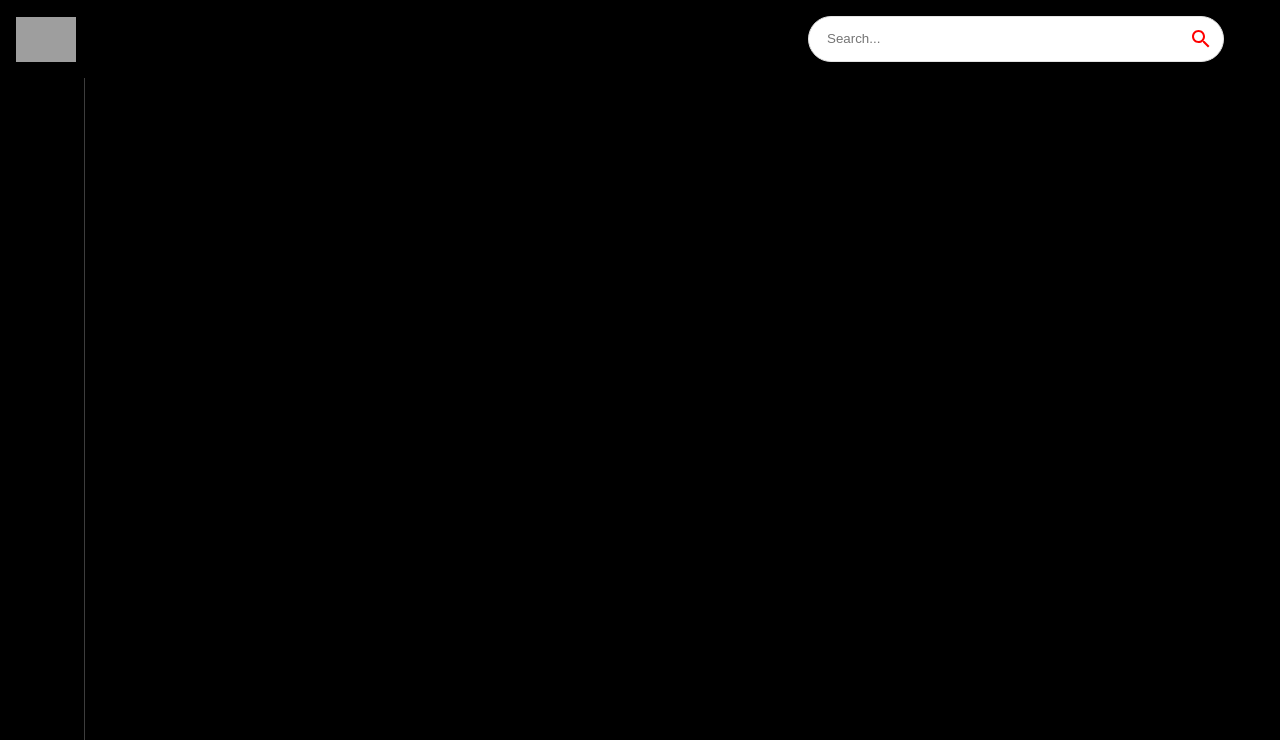
Repository: hieuhieu10/youtube_clone
Page: /
The author's editor kept a copy of each file at every save. The page is drawn from the files as they stood at one save, then again after the next save.
The browser window is 1280 px wide. The pictures show the whole page.
Pictures or frames that could not be fetched are drawn as grey boxes. The project was rebuilt for these pictures with package versions that can differ from the ones it lists, and the page was loaded fresh each time. Also part of the build but not shown: src/utils/constants.js, src/components/ChannelDetail.jsx, src/components/VideoDetail.jsx, src/components/SearchFeed.jsx.

Above is the page before, as saved 2023-04-12 23:32:08.

### public/index.html
<!DOCTYPE html>
<html lang="en">

<head>
  <meta charset="utf-8" />
  <link rel="icon" href="%PUBLIC_URL%/favicon.ico" />
  <meta name="viewport" content="width=device-width, initial-scale=1" />
  <meta name="theme-color" content="#000000" />
  <meta name="description" content="Web site created using create-react-app" />
  <link rel="apple-touch-icon" href="%PUBLIC_URL%/logo192.png" />

  <link rel="manifest" href="%PUBLIC_URL%/manifest.json" />
  <link rel="stylesheet" href="https://fonts.googleapis.com/icon?family=Material+Icons" />
  <link rel="stylesheet" href="https://fonts.googleapis.com/css?family=Roboto:300,400,500,700&display=swap" />
  <title>youtube Clone</title>
</head>

<body>
  <noscript>You need to enable JavaScript to run this app.</noscript>
  <div id="root"></div>

</body>

</html>

### src/index.js
import React from "react";
import  ReactDOM  from "react-dom/client";

import App from "./App";
import './index.css';

const root = ReactDOM.createRoot(document.getElementById('root'))
root.render(<App/>)

### src/App.js
import React from 'react'
import { BrowserRouter, Routes, Route } from 'react-router-dom'
import { Box } from '@mui/material'

import { Navbar, ChannelDetail, Feed, SearchFeed, VideoDetail } from './components'

const App = () => (
      <BrowserRouter>
      <Box sx={{backgroundColor: '#000'}}>
         < Navbar/>
          <Routes>
            <Route path='/' exact element={<Feed/>}/>
            <Route path='/video/:id'  element={<VideoDetail/>}/>
            <Route path='/Channel/:id'  element={<ChannelDetail/>}/>
            <Route path='/Search/:SearchTerm'  element={<SearchFeed/>}/>
          </Routes>
      </Box>
      </BrowserRouter>
      )

export default App

### src/components/index.js
export {default as Navbar}  from './Navbar'
export {default as Feed} from './Feed'
export {default as ChannelDetail} from './ChannelDetail'
export {default as VideoDetail} from './VideoDetail'
export {default as SearchFeed} from './SearchFeed'
export {default as SearchBar} from './SearchBar'

### src/components/Navbar.jsx
import { Stack } from "@mui/material"
import { Link } from "react-router-dom"

import {logo} from '../utils/constants'
import SearchBar from "./SearchBar"
const Navbar = () => (
    <Stack direction='row'
    alignItems='center'
    p={2}
    sx={{ position: 'sticky',background: '#000',
    top:0, justifyContent: 'space-between' }}>
      <Link to='/' style={{display: 'flex', alignItems: 'center'}}>
        <img src={logo} alt="logo" height={45}/>
      </Link>
      <SearchBar/>

      </Stack>
  )


export default Navbar

### src/components/Feed.jsx
import { useState, useEffect } from "react"
import { Box, Stack, Typography } from "@mui/material"
const Feed = () => {
  return (
    <Stack sx={{flexDirection: {sx: "column", md: "row"}}}>
      <Box sx={{height: {sx: 'auto', md: '92vh', } , borderRight: '1px solid #3d3d3d', px: {sx: 0, md: 2}}}>
        SideBar
        <Typography className="copyright" variant="body2" sx={{mt: 1.5, color: '#fff'}}>

        </Typography>
      </Box>

    </Stack>
  )
}

export default Feed

### src/components/SearchBar.jsx
import { useState } from "react"
import { useNavigate } from "react-router-dom"
import { Paper, IconButton } from "@mui/material"
import {Search} from '@mui/icons-material'

const SearchBar = () => {
  return (
    <Paper component="form" onSubmit={()=>{}}
    sx={{borderRadius: 20 ,
        border: '1px solid #e3e3e3',
        pl:2,
        boxShadow: 'none',
        mr: {sm:5}
        }}>
          <input className="search-bar" placeholder="Search..." value="" onChange={()=>{}}/>
          <IconButton type="submit" sx={{p:'10px', color:'red' }}>
            <Search/>
          </IconButton>

    </Paper>
  )
}

export default SearchBar

Loaded but not shown: src/index.css (common file)

After the next save:
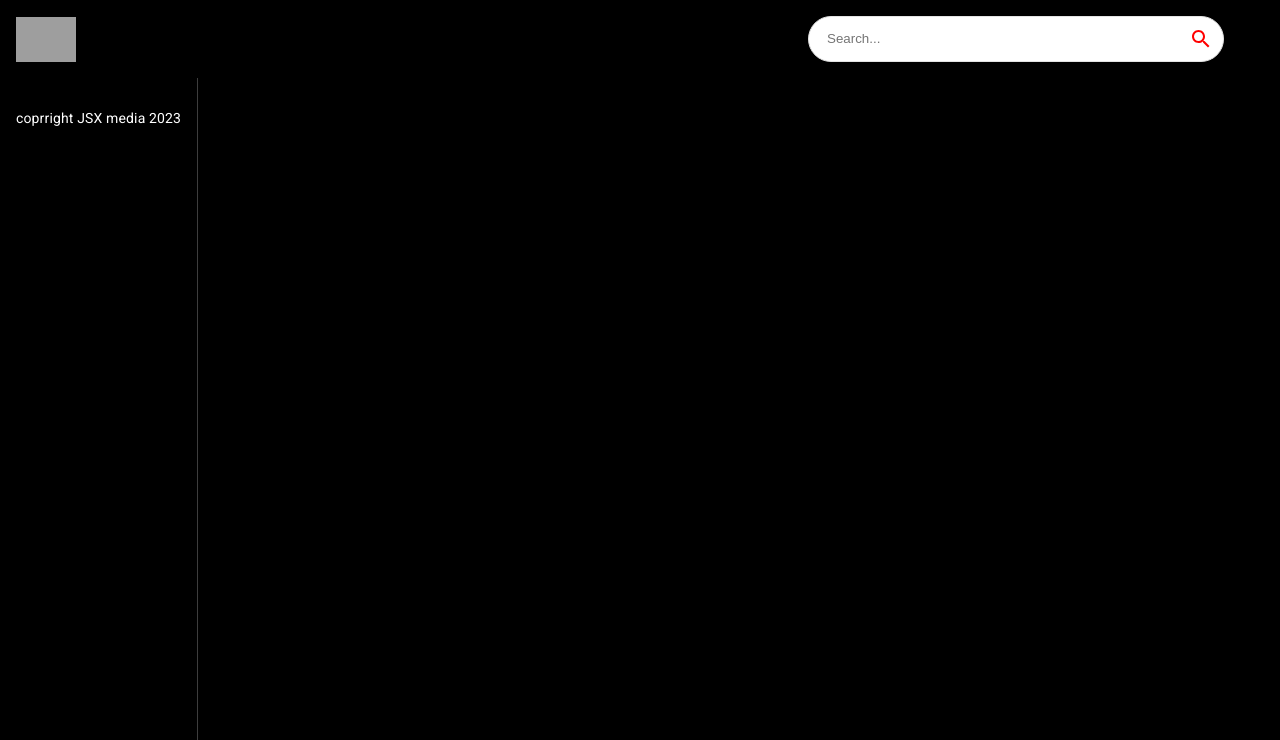
Saved 32 s later.
--- a/src/components/Feed.jsx
+++ b/src/components/Feed.jsx
@@ -6,7 +6,7 @@
       <Box sx={{height: {sx: 'auto', md: '92vh', } , borderRight: '1px solid #3d3d3d', px: {sx: 0, md: 2}}}>
         SideBar
         <Typography className="copyright" variant="body2" sx={{mt: 1.5, color: '#fff'}}>
-
+          coprright JSX media 2023
         </Typography>
       </Box>
 
